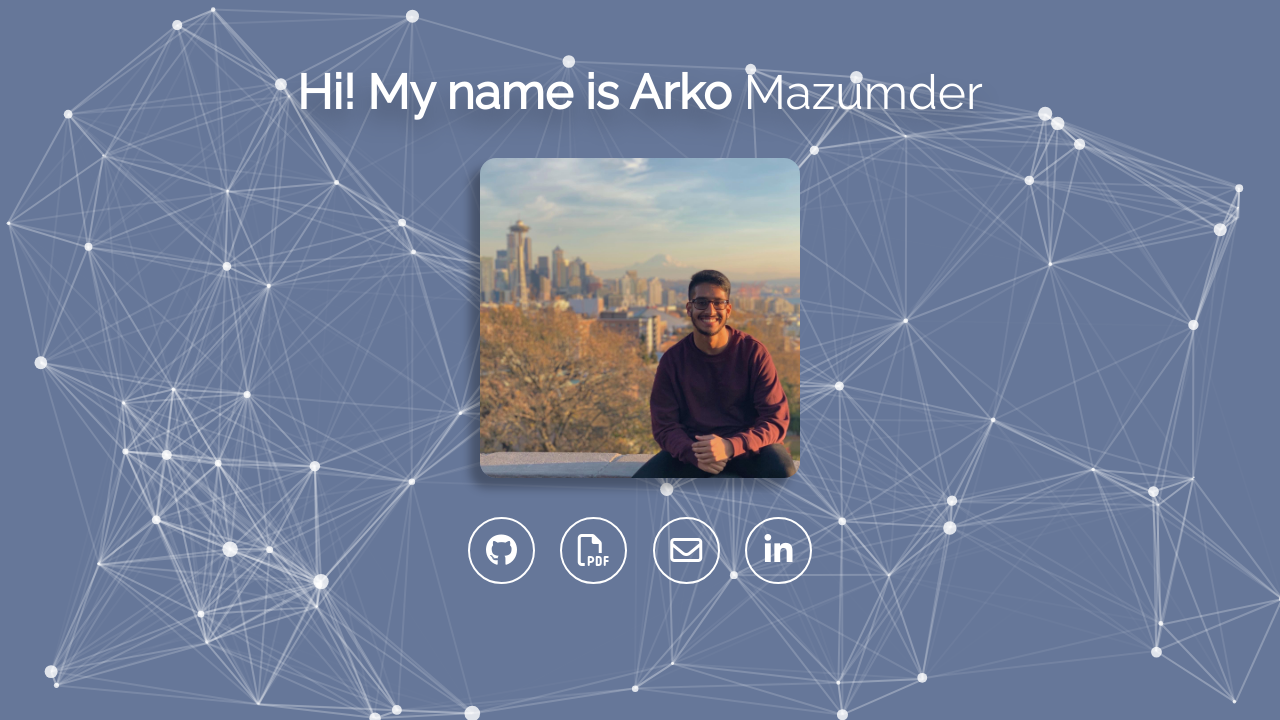
Repository: arkomz/arkomz.github.io
Page: index.html
An editor plug-in stored every save of this project. The page is shown before and after the next save, followed by the edit.
The browser window is 1280 px wide. The pictures show the whole page.
Some web libraries are served in a nearby version.

Above is the page before, as saved 2020-07-23 00:02:10.

After the next save:
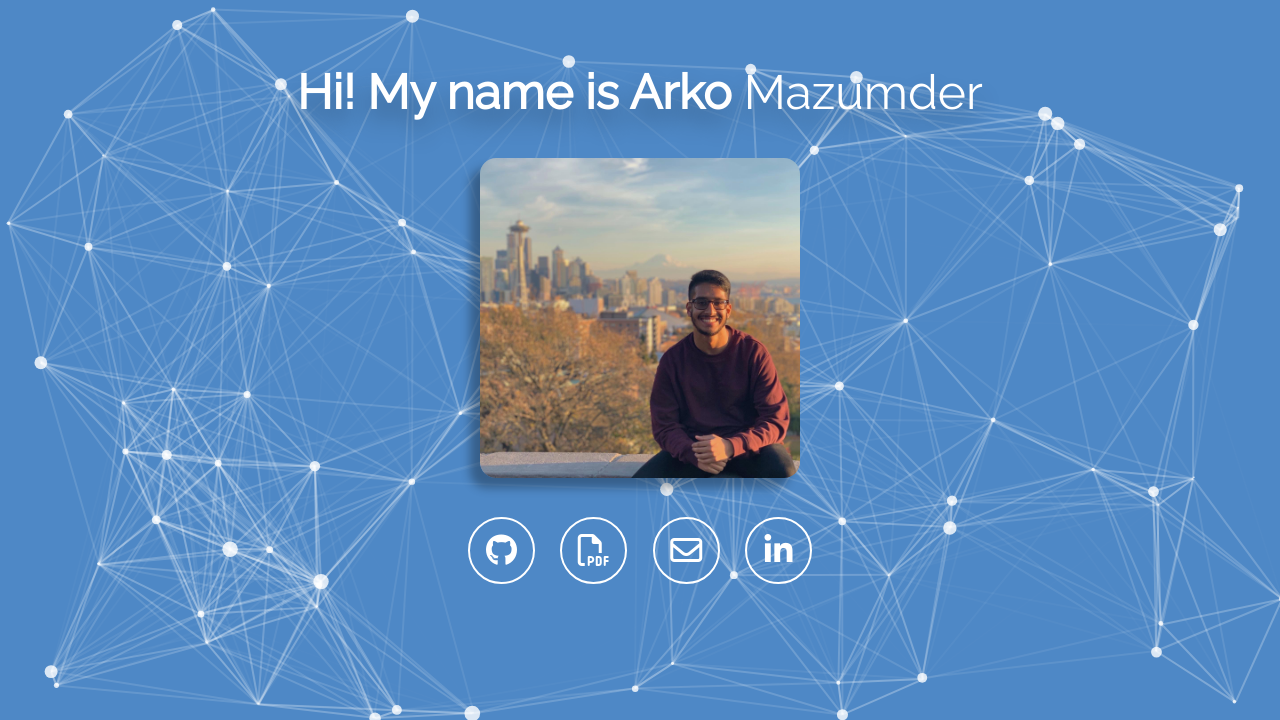
Saved 72 s later.
--- a/assets/css/styles.css
+++ b/assets/css/styles.css
@@ -26,9 +26,9 @@ body, html {
 }
 
 body {
-    background: #667799 ;  /* fallback for old browsers */
-    background: -webkit-linear-gradient(to right, #667799, #667799);  /* Chrome 10-25, Safari 5.1-6 */
-    background: linear-gradient(to right, #667799, #667799); /* W3C, IE 10+/ Edge, Firefox 16+, Chrome 26+, Opera 12+, Safari 7+ */
+    background: #4e88c6;  /* fallback for old browsers */
+    background: -webkit-linear-gradient(to right, #4e88c6, #4e88c6);  /* Chrome 10-25, Safari 5.1-6 */
+    background: linear-gradient(to right, #4e88c6, #4e88c6); /* W3C, IE 10+/ Edge, Firefox 16+, Chrome 26+, Opera 12+, Safari 7+ */
     margin: 0;
     animation: fade 3s forwards ease;
 }
